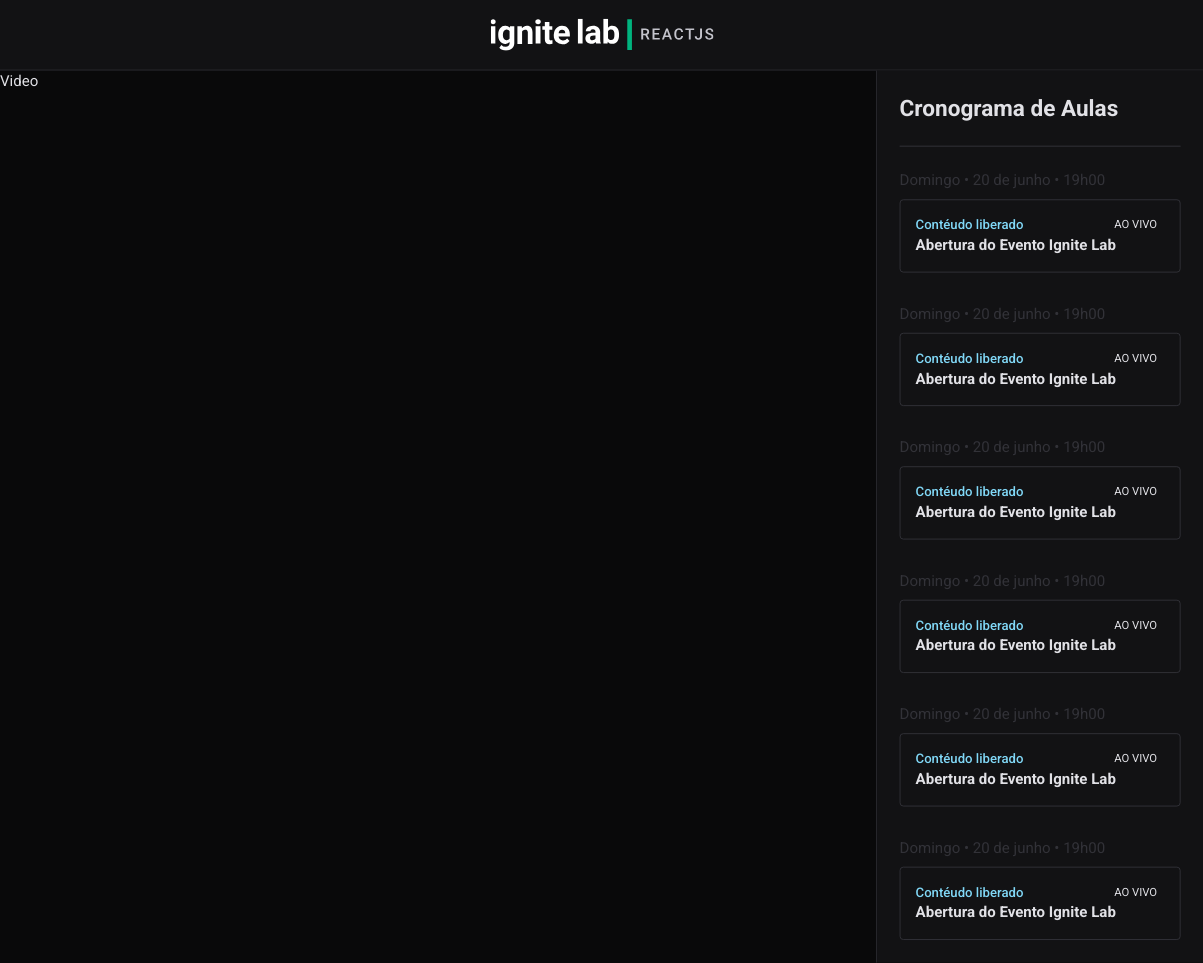
Repository: guilhermecardoso93/ignitelab
Page: /event
These files come from the project's save history. The page is drawn as it stood at one moment and after the next save; the edit follows.
The browser window is 1280 px wide. The pictures show the whole page, at 94% of full size.
The project was rebuilt for these pictures with package versions that can differ from the ones it lists, and the page was loaded fresh each time. Also part of the build but not shown: vite.config.ts.

Above is the page before, as saved 2022-06-22 11:47:51.

### index.html
<!DOCTYPE html>
<html lang="en">
  <head>
    <meta charset="UTF-8" />
    <link rel="icon" type="image/svg+xml" href="/src/favicon.svg" />
    <link rel="preconnect" href="https://fonts.googleapis.com" />
    <link rel="preconnect" href="https://fonts.gstatic.com" crossorigin />
    <link
      href="https://fonts.googleapis.com/css2?family=Roboto:wght@400;500;700&display=swap"
      rel="stylesheet"
    />
    <meta name="viewport" content="width=device-width, initial-scale=1.0" />
    <title>Ignite Lab</title>
  </head>
  <body>
    <div id="root"></div>
    <script type="module" src="/src/main.tsx"></script>
  </body>
</html>

### src/main.tsx
import { ApolloProvider } from "@apollo/client";
import React from "react";
import ReactDOM from "react-dom/client";
import { App } from "./App";
import { client } from "./lib/apollo";

import "./styles/global.css";

ReactDOM.createRoot(document.getElementById("root")!).render(
  <React.StrictMode>
    <ApolloProvider client={client}>
      <App />
    </ApolloProvider>
  </React.StrictMode>
);

### src/App.tsx
import { Event } from "./pages/Event";

export function App() {
  return (
    <div>
      <Event />
    </div>
  );
}

### src/lib/apollo.ts
import { ApolloClient, InMemoryCache } from "@apollo/client";

export const client = new ApolloClient({
  uri: "https://api-sa-east-1.graphcms.com/v2/cl4orc0220r0201xnfce43eoi/master",
  cache: new InMemoryCache()
});

### src/pages/Event.tsx
import { Header } from "../components/Header";
import { Sidebar } from "../components/Sidebar";
import { Video } from "../components/Video";

export function Event() {
  return (
    <div className="flex flex-col min-h-screen">
      <Header />
      <main className="flex flex-1">
        <Video />
        <Sidebar />
      </main>
    </div>
  );
}

### src/components/Header/index.tsx
import { Logo } from "../Logo";

export function Header() {
  return (
    <header className='w-full py-5 flex items-center justify-center bg-gray-700 border-b border-gray-600'>
      <Logo/>
    </header>
  );
}

### src/components/Sidebar/index.tsx
import { Lesson } from "../Lesson";

export function Sidebar() {
  return (
    <aside className="w-[348px] bg-gray-700 p-6 border-l border-gray-600">
      <span className="font-bold text-2xl pb-6 mb-6 border-b border-gray-500 block">
        Cronograma de Aulas
      </span>

      <div className="flex flex-col gap-8">
        <Lesson/>
        <Lesson/>
        <Lesson/>
        <Lesson/>
        <Lesson/>
        <Lesson/>
      </div>
    </aside>
  );
}

### src/components/Video/index.tsx
export function Video() {
  return (
    <div className='flex-1'>
      <h1>Video</h1>
    </div>

  );
}

### src/components/Logo/index.tsx
export function Logo() {
  return (
    <svg
      xmlns="http://www.w3.org/2000/svg"
      width="237"
      height="34"
      fill="none"
      viewBox="0 0 237 34"
    >
      <path
        fill="#fff"
        d="M.002 3.112a2.49 2.49 0 01.165-.987c.12-.314.304-.595.535-.83A2.906 2.906 0 012.615.572c.698 0 1.374.257 1.912.723.23.24.412.524.536.837a2.701 2.701 0 010 1.979 2.568 2.568 0 01-.536.837 2.889 2.889 0 01-1.907.723 2.901 2.901 0 01-1.908-.723 2.458 2.458 0 01-.538-.84 2.645 2.645 0 01-.172-.996zm4.96 23.146H.273V7.862h4.689v18.397zM8.012 16.973c0-2.853.686-5.145 2.055-6.883a6.653 6.653 0 015.528-2.606 5.869 5.869 0 014.802 2.09l.2-1.751h4.538v17.95a7.891 7.891 0 01-1.12 4.246 7.243 7.243 0 01-3.147 2.752 11.155 11.155 0 01-4.742.94c-1.378 0-2.74-.279-4.008-.812a7.08 7.08 0 01-2.946-2.11l2.208-3.02a5.905 5.905 0 004.543 2.08 4.356 4.356 0 003.104-1.059 3.938 3.938 0 001.103-2.993v-.994a5.775 5.775 0 01-4.555 1.935 6.647 6.647 0 01-3.05-.652 6.615 6.615 0 01-2.408-1.967c-1.397-1.752-2.085-4.089-2.085-6.942v-.21h-.025l.005.006zm4.997.355a6.723 6.723 0 001.026 3.956 3.233 3.233 0 002.799 1.443c.651.045 1.3-.088 1.878-.39a3.52 3.52 0 001.396-1.305v-7.825a3.448 3.448 0 00-1.374-1.305 3.504 3.504 0 00-1.86-.39 3.28 3.28 0 00-1.61.365 3.22 3.22 0 00-1.219 1.103c-.688.975-1.036 2.418-1.036 4.348zM33.098 7.833l.158 2.196a6.527 6.527 0 012.371-1.927 6.38 6.38 0 012.971-.62c1.97 0 3.438.597 4.39 1.79.953 1.194 1.456 2.936 1.486 5.293v12.249h-4.962V14.683a3.367 3.367 0 00-.684-2.344 3.086 3.086 0 00-1.069-.598 3.008 3.008 0 00-1.211-.13 3.349 3.349 0 00-1.821.454c-.553.32-1.01.794-1.313 1.367v13.37H28.45V7.845l4.647-.012zM47.512 3.112a2.304 2.304 0 01.185-.988 2.42 2.42 0 01.59-.831A3.439 3.439 0 0150.404.57c.772 0 1.52.256 2.117.723.508.486.792 1.142.792 1.826 0 .683-.284 1.34-.792 1.826a3.417 3.417 0 01-2.11.723c-.77 0-1.517-.257-2.11-.723a2.47 2.47 0 01-.594-.839 2.342 2.342 0 01-.19-.994h-.005zm5.483 23.149h-5.18V7.86h5.18v18.4zM62.454 3.334v4.612h3.107v3.677h-3.107v9.382c-.05.53.091 1.063.395 1.495a1.824 1.824 0 001.473.45c.476.002.95-.035 1.421-.114v3.803a9.672 9.672 0 01-2.939.449c-3.398 0-5.128-1.775-5.19-5.32V11.644h-2.642V7.968h2.643V3.356h4.841v-.025l-.002.003zM76.487 27.08a9.277 9.277 0 01-6.759-2.55c-1.74-1.699-2.605-3.957-2.605-6.797v-.494a11.295 11.295 0 011.098-5.08 8.141 8.141 0 013.111-3.465 8.72 8.72 0 014.59-1.22c2.577 0 4.62.815 6.098 2.449 1.478 1.633 2.226 3.94 2.226 6.929v2.055h-12.01a4.665 4.665 0 001.473 2.971 4.487 4.487 0 003.111 1.111 5.426 5.426 0 004.548-2.115l2.476 2.781a7.506 7.506 0 01-3.07 2.507 9.81 9.81 0 01-4.287.916v.002zm-.594-15.514a3.127 3.127 0 00-2.428 1.012 5.405 5.405 0 00-1.188 2.912h7.006v-.405a3.749 3.749 0 00-.908-2.608 3.252 3.252 0 00-2.45-.908h-.03l-.002-.003zM97.771 26.259h-4.957V0h4.957V26.26zM112.209 26.259c-.227-.444-.392-.997-.496-1.659-1.196 1.333-2.751 2.002-4.666 2.002-1.811 0-3.314-.523-4.504-1.572-1.191-1.049-1.786-2.372-1.786-3.966 0-1.96.725-3.464 2.179-4.513 1.453-1.049 3.553-1.58 6.3-1.59h2.273v-1.06c0-.854-.22-1.54-.659-2.051-.44-.513-1.131-.77-2.078-.77-.832 0-1.486.2-1.957.6-.474.4-.708.945-.708 1.64h-4.941c0-1.07.331-2.062.992-2.973.662-.91 1.597-1.626 2.804-2.144 1.206-.518 2.564-.778 4.069-.778 2.28 0 4.089.573 5.429 1.718 1.34 1.145 2.009 2.756 2.009 4.83v8.017c.012 1.754.256 3.082.735 3.983v.29h-4.992l-.003-.004zm-4.086-3.435c.728 0 1.402-.163 2.016-.486.614-.326 1.071-.76 1.367-1.308v-3.181h-1.846c-2.472 0-3.79.854-3.948 2.564l-.017.291c0 .614.217 1.123.649 1.523.434.4 1.026.6 1.779.6v-.003zM136.58 17.183c0 2.963-.632 5.273-1.898 6.931-1.265 1.659-3.032 2.488-5.3 2.488-2.006 0-3.608-.77-4.805-2.308l-.222 1.967h-4.444V.001h4.94v9.418c1.14-1.332 2.638-2 4.496-2 2.256 0 4.025.828 5.308 2.487 1.283 1.658 1.923 3.992 1.923 7v.274l.002.003zm-4.94-.358c0-1.868-.296-3.233-.889-4.094-.592-.861-1.475-1.29-2.65-1.29-1.572 0-2.655.643-3.247 1.932v7.299c.604 1.298 1.697 1.95 3.282 1.95 1.584 0 2.643-.788 3.146-2.36.239-.752.358-1.897.358-3.437z"
      ></path>
      <path
        fill="#C4C4CC"
        d="M164.51 17.501h-2.283v4.53h-2.048v-11.78h4.143c1.36 0 2.408.306 3.149.915.74.61 1.108 1.493 1.108 2.648 0 .787-.19 1.449-.57 1.98-.38.532-.911.94-1.59 1.226l2.646 4.906v.106h-2.194l-2.364-4.531h.003zm-2.283-1.65h2.105c.691 0 1.229-.176 1.619-.524.39-.348.582-.824.582-1.429 0-.604-.18-1.12-.538-1.466-.358-.345-.893-.523-1.606-.533h-2.162V15.85zM179.066 16.773h-4.839v3.625h5.656v1.634h-7.704V10.25h7.648v1.65h-5.6v3.253h4.839v1.62zM189.803 19.29h-4.565l-.955 2.744h-2.127l4.452-11.783h1.836l4.459 11.783h-2.137l-.963-2.744zm-3.99-1.65h3.415l-1.707-4.89-1.708 4.89zM204.716 18.197c-.119 1.256-.583 2.238-1.392 2.941-.81.703-1.885 1.056-3.228 1.056-.938 0-1.764-.222-2.48-.668-.715-.445-1.266-1.079-1.656-1.898-.387-.82-.589-1.772-.607-2.858v-1.1c0-1.11.198-2.09.59-2.937.392-.846.96-1.5 1.695-1.96.736-.458 1.587-.688 2.554-.688 1.301 0 2.347.353 3.139 1.057.792.703 1.254 1.7 1.385 2.99h-2.039c-.096-.846-.343-1.458-.74-1.833-.397-.375-.977-.563-1.745-.563-.89 0-1.574.326-2.05.977-.479.652-.721 1.605-.733 2.863v1.044c0 1.273.227 2.245.683 2.917.457.668 1.123 1.004 2.004 1.004.805 0 1.409-.18 1.814-.543.405-.363.661-.962.77-1.804h2.038l-.002.003zM216.481 11.902h-3.674v10.132h-2.031V11.902h-3.642V10.25h9.347v1.65zM222.759 10.251h2.039v8.262c0 1.127-.353 2.023-1.057 2.687-.703.664-1.633.995-2.788.995-1.229 0-2.179-.311-2.848-.93-.669-.62-1.004-1.484-1.004-2.59h2.038c0 .627.156 1.096.467 1.412.31.316.76.474 1.347.474.55 0 .989-.183 1.315-.545.326-.366.489-.867.489-1.51V10.25h.002zM234.952 18.999c0-.518-.183-.918-.545-1.197-.363-.279-1.022-.563-1.972-.849-.95-.286-1.705-.604-2.265-.955-1.074-.674-1.612-1.555-1.612-2.638 0-.95.388-1.732 1.163-2.347.774-.614 1.779-.922 3.015-.922.819 0 1.55.15 2.194.454a3.597 3.597 0 011.513 1.29c.367.558.55 1.177.55 1.858h-2.038c0-.614-.193-1.095-.578-1.443-.385-.348-.938-.524-1.656-.524-.668 0-1.189.144-1.557.43-.37.286-.555.686-.555 1.197 0 .432.2.792.6 1.08.399.29 1.056.57 1.974.842.918.271 1.653.582 2.208.93.556.348.963.748 1.222 1.197.259.452.387.977.387 1.582 0 .982-.375 1.762-1.127 2.342-.753.58-1.775.87-3.063.87a5.755 5.755 0 01-2.352-.473c-.715-.316-1.27-.75-1.668-1.308-.397-.555-.594-1.204-.594-1.942h2.048c0 .669.222 1.187.664 1.555.441.367 1.075.55 1.902.55.713 0 1.246-.143 1.607-.432.357-.288.538-.671.538-1.145l-.003-.002z"
      ></path>
      <path fill="#00B37E" d="M150.271 33.146h-4.958V.57h4.958v32.576z"></path>
    </svg>
  );
}

### src/components/Lesson/index.tsx
export function Lesson() {
  return (
    <a href="#">
      <span className="text-gray-500">Domingo • 20 de junho • 19h00</span>

      <div className="rounded border border-gray-500 p-4 mt-2">
        <header className="flex items-center justify-between">
          <span className="text-sm text-blue-500 font-medium">
            Contéudo liberado{" "}
          </span>
          <span className='text-xs rounded px-2 py-[0.125rem]'>
            AO VIVO
          </span>
        </header>
        <strong>Abertura do Evento Ignite Lab</strong>
      </div>
    </a>
  );
}

### tailwind.config.js
/** @type {import('tailwindcss').Config} */
module.exports = {
  content: ["./src/**/*.tsx"],
  theme: {
    extend: {
      fontFamily: {
        sans: "Roboto, sans-serif"
      },
      colors: {
        green: {
          300: "#00B37E",
          500: "#00875F",
          700: "#015F43"
        },
        blue: {
          500: "#81D8F7"
        },
        orange: {
          500: "#FBA94C"
        },
        red: {
          500: "#F75A68"
        },
        gray: {
          100: "#E1E1E6",
          200: "#C4C4CC",
          300: "#8D8D99",
          500: "#323238",
          600: "#29292E",
          700: "#121214",
          900: "#09090A"
        }
      }
    }
  },
  plugins: []
};

Loaded but not shown: src/styles/global.css (common file)

After the next save:
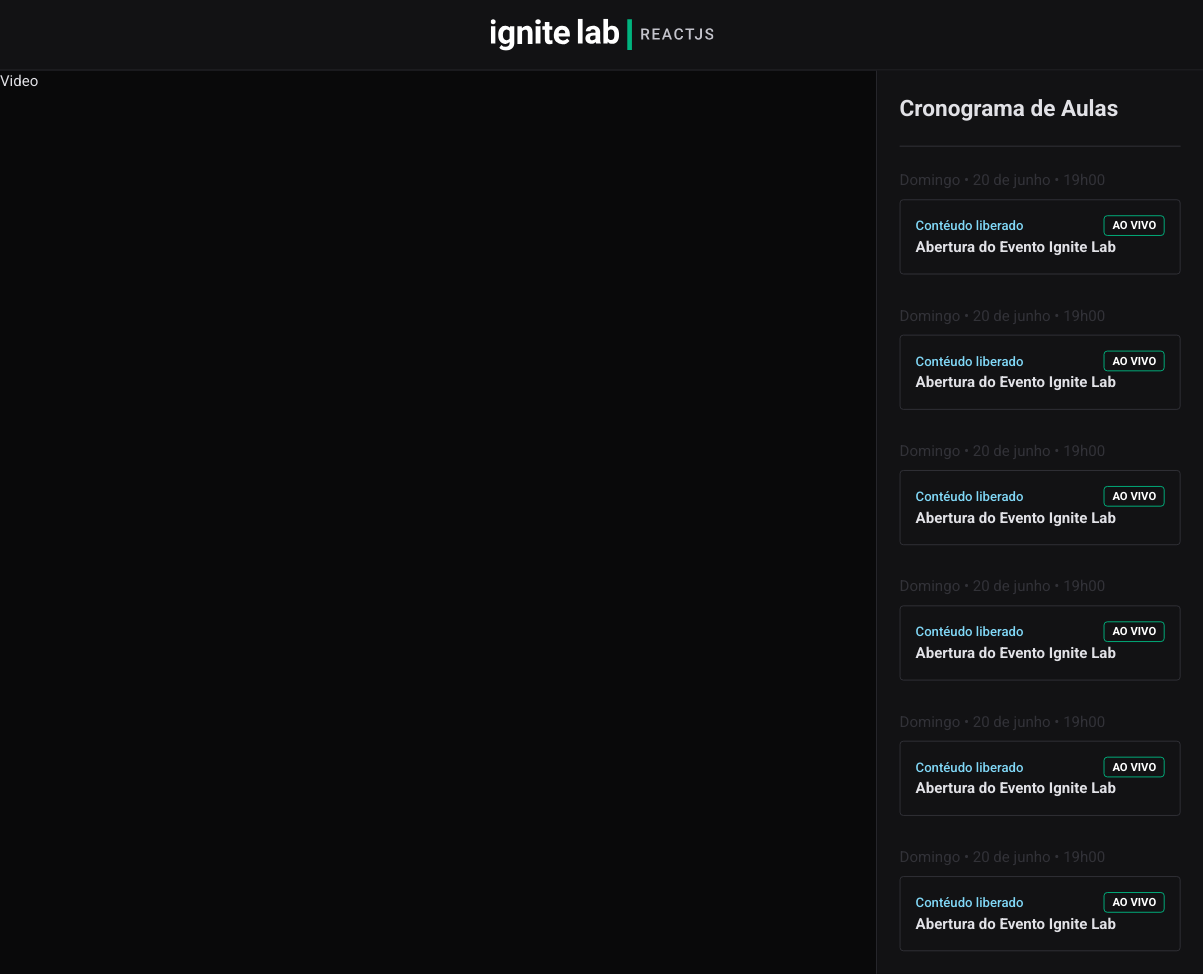
Saved 73 s later.
--- a/src/components/Lesson/index.tsx
+++ b/src/components/Lesson/index.tsx
@@ -8,7 +8,7 @@
           <span className="text-sm text-blue-500 font-medium">
             Contéudo liberado{" "}
           </span>
-          <span className='text-xs rounded px-2 py-[0.125rem]'>
+          <span className='text-xs rounded px-2 py-[0.125rem] text-white border border-green-300 font-bold'>
             AO VIVO
           </span>
         </header>
